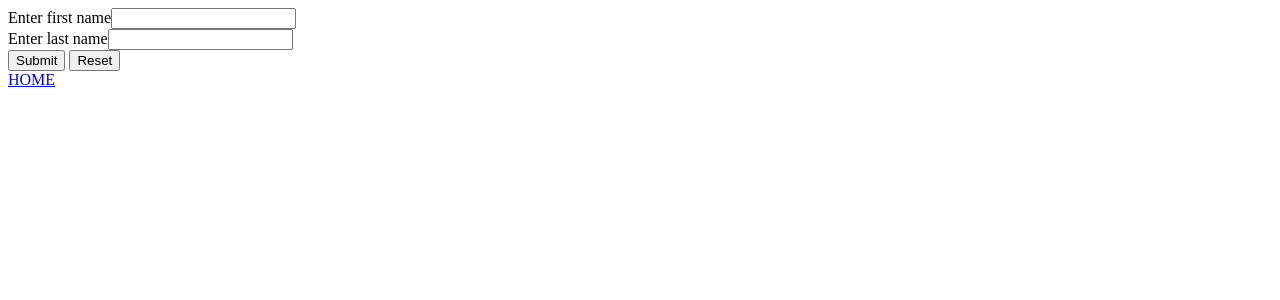
Repository: Bindu2296/allProjects
Page: FormsUsingServlets/WebContent/forms.html
An editor plug-in stored every save of this project. The page is shown before and after the next save, followed by the edit.
The browser window is 1280 px wide. The pictures show the whole page.

Above is the page before, as saved 2019-03-25 11:54:26.

### FormsUsingServlets/WebContent/forms.html
<!DOCTYPE html>
<html>
<head>
<meta charset="ISO-8859-1">
<title>Insert title here</title>
</head>
<body>
<form action="register.do">
<label>Enter first name</label><input name="firstname" type="text"/><br>
<label>Enter last name</label><input name="lastname" type="text"/><br>
<button type="submit">Submit</button>
<button type="reset">Reset</button><br>
<a href="index.html">HOME</a>
</form>
</body>
</html>

After the next save:
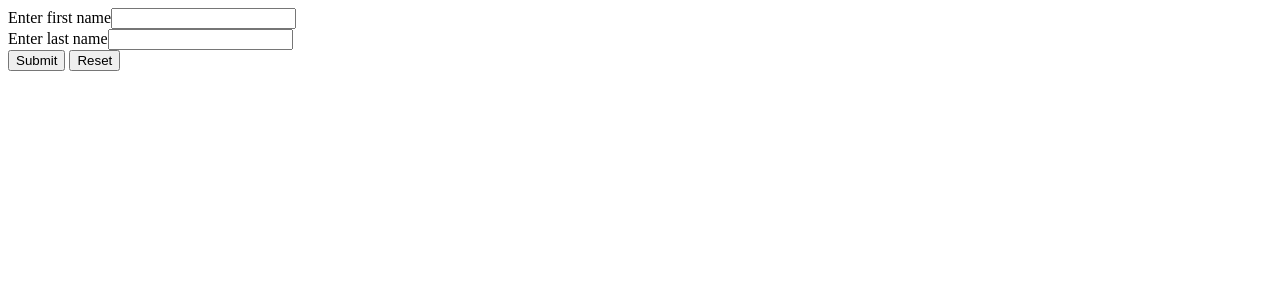
Saved 15 s later.
--- a/FormsUsingServlets/WebContent/forms.html
+++ b/FormsUsingServlets/WebContent/forms.html
@@ -10,7 +10,6 @@
 <label>Enter last name</label><input name="lastname" type="text"/><br>
 <button type="submit">Submit</button>
 <button type="reset">Reset</button><br>
-<a href="index.html">HOME</a>
 </form>
 </body>
 </html>
